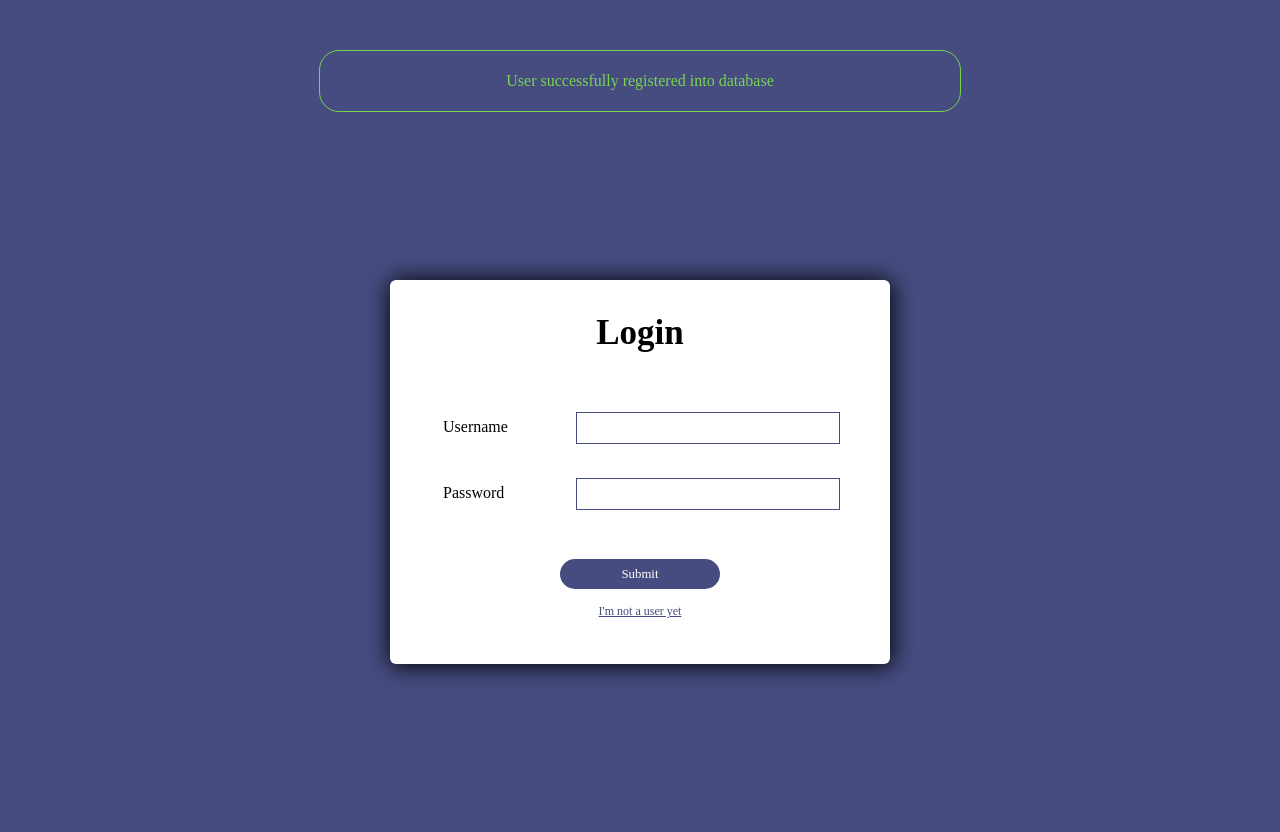
Repository: ivanmirandastavenuiter/jsp-raw-crud
Page: http://localhost/CH33TZ/
These files come from the project's save history. The page is drawn as it stood at one moment and after the next save; the edit follows.
The browser window is 1280 px wide. The pictures show the whole page.
Some web fonts or font styles are not loaded; a fallback is used. The page is served by Tomcat 9.

Above is the page before, as saved 2020-05-12 14:47:04.

After the next save:
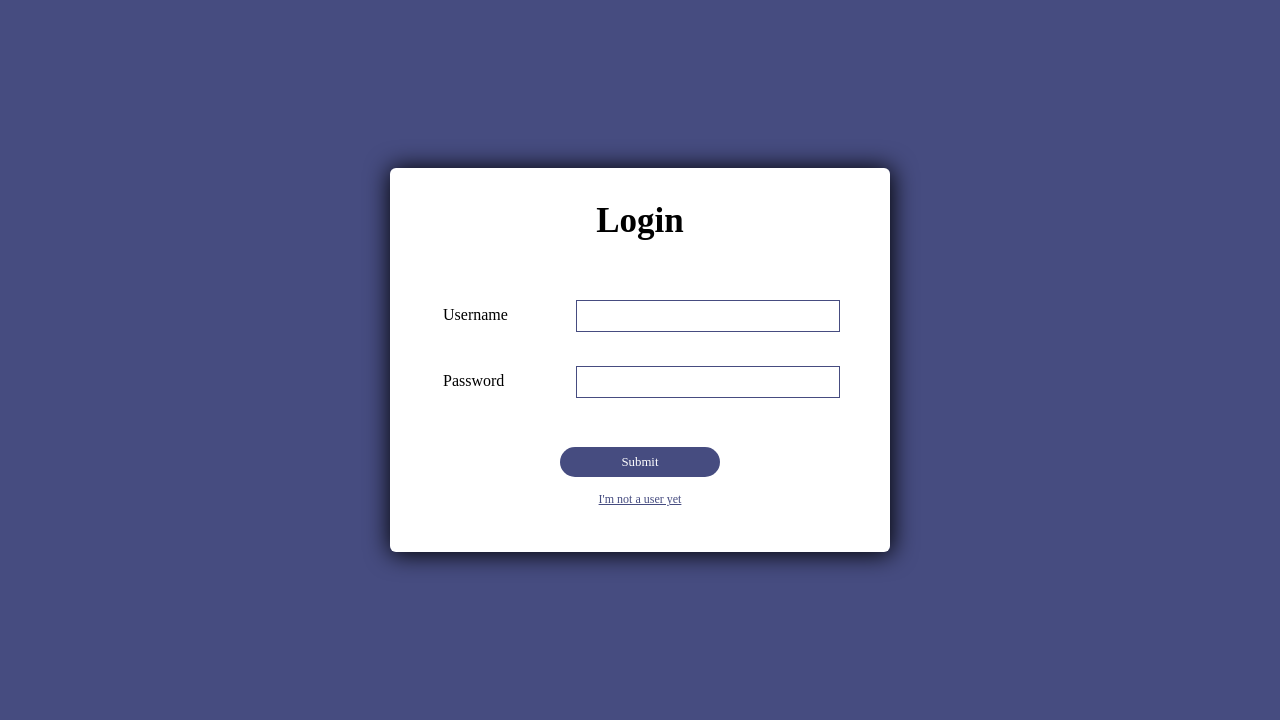
Saved 65 s later.
--- a/CH33TZ/WebContent/index.jsp
+++ b/CH33TZ/WebContent/index.jsp
@@ -354,15 +354,14 @@
 	<div class="main-container-div">
 
 		<!-- Errors container -->
-		<div class="register-result-container">
-			<div class="register-result-message">
-				<p>User successfully registered into database</p>
-				<c:if test="${ not empty message}">
+		<c:if test="${ not empty message}">
+			<div class="register-result-container">
+				<div class="register-result-message">
 					<p>${message}</p>
 					<c:remove var="message" />
-				</c:if>
+				</div>
 			</div>
-		</div>
+		</c:if>
 
 		<!-- Main content -->
 		<div class="main-content-div">
